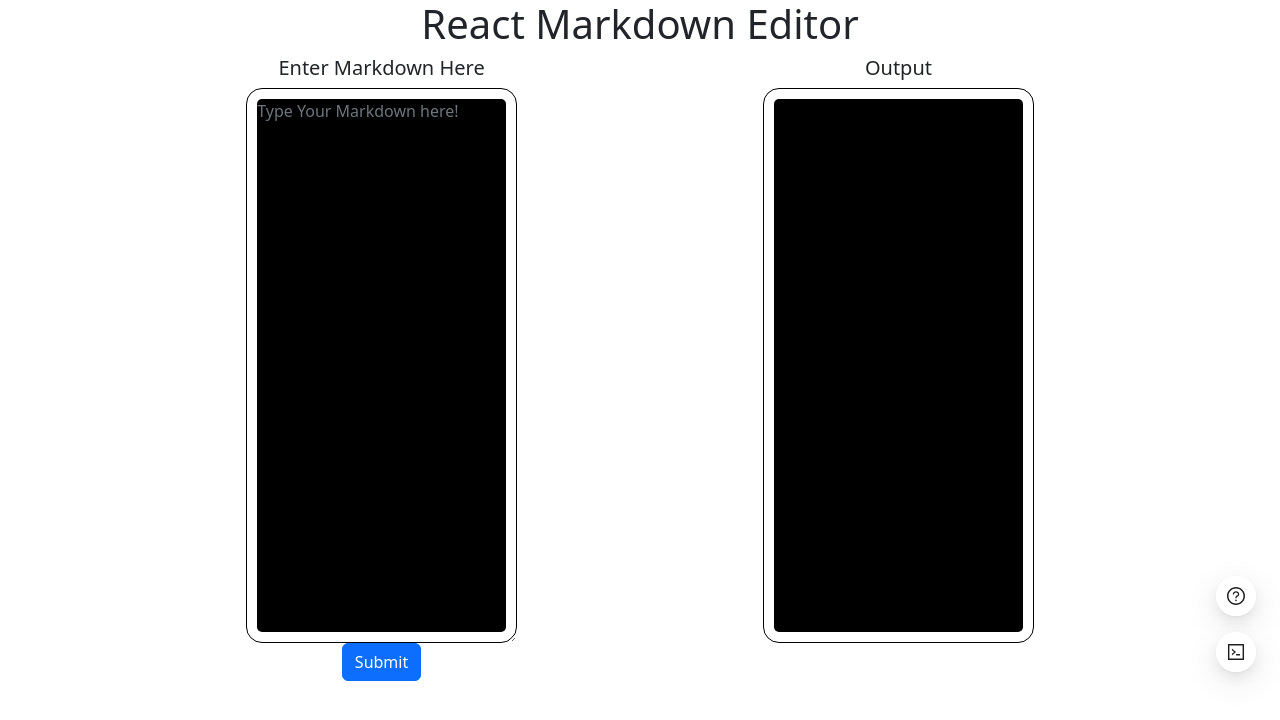
Repository: devkthines/md-editor
Page: /
These files come from the project's save history. The page is drawn as it stood at one moment and after the next save; the edit follows.
The browser window is 1280 px wide. The pictures show the whole page.
The project was rebuilt for these pictures with package versions that can differ from the ones it lists, and the page was loaded fresh each time. Also part of the build but not shown: src/pages/preview.js, src/components/navbar.js, src/pages/home.js.

Above is the page before, as saved 2023-12-06 21:59:55.

After the next save:
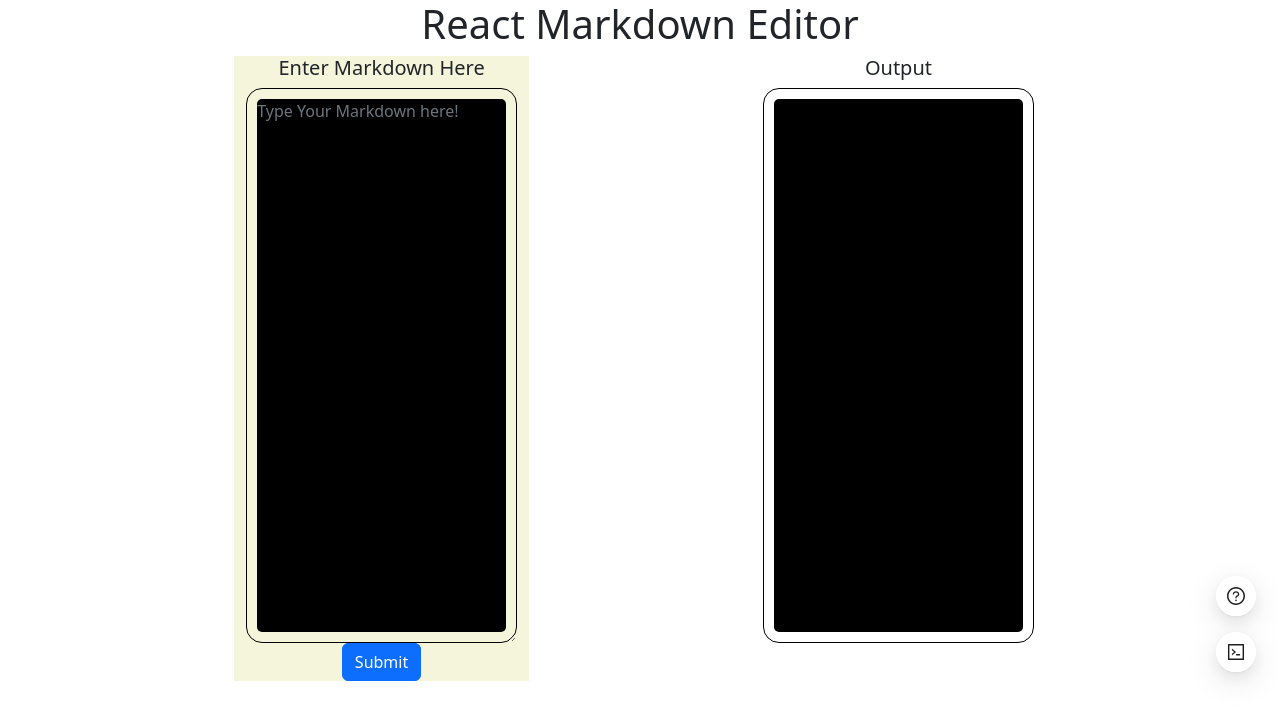
Saved 21 s later.
--- a/src/styles/style.css
+++ b/src/styles/style.css
@@ -15,5 +15,5 @@
     color: white;
 }
 #edBox{
-
+    background-color: beige;
 }
